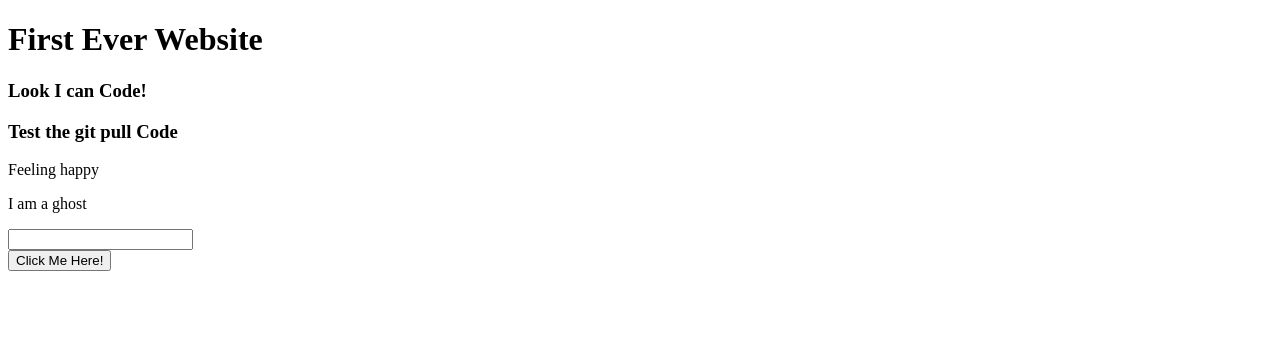
Repository: mohsinfarabi/first-website
Page: index.html
An editor plug-in stored every save of this project. The page is shown before and after the next save, followed by the edit.
The browser window is 1280 px wide. The pictures show the whole page.

Above is the page before, as saved 2020-06-28 21:15:03.

After the next save:
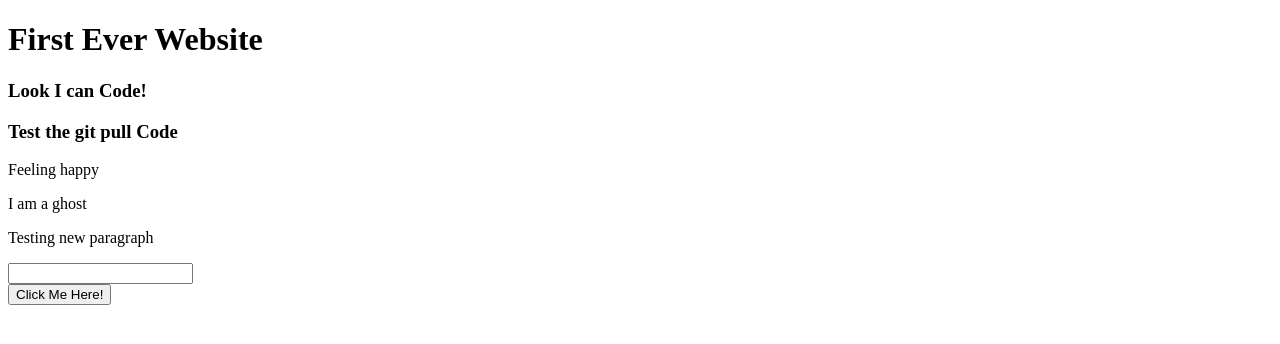
Saved 73 min 34 s later.
--- a/index.html
+++ b/index.html
@@ -13,6 +13,7 @@
     <h3>Test the git pull Code</h3>
     <p>Feeling happy</p>
     <p>I am a ghost</p>
+    <p>Testing new paragraph</p>
     <input type="text">
     <br>
     <button>Click Me Here!</button>
